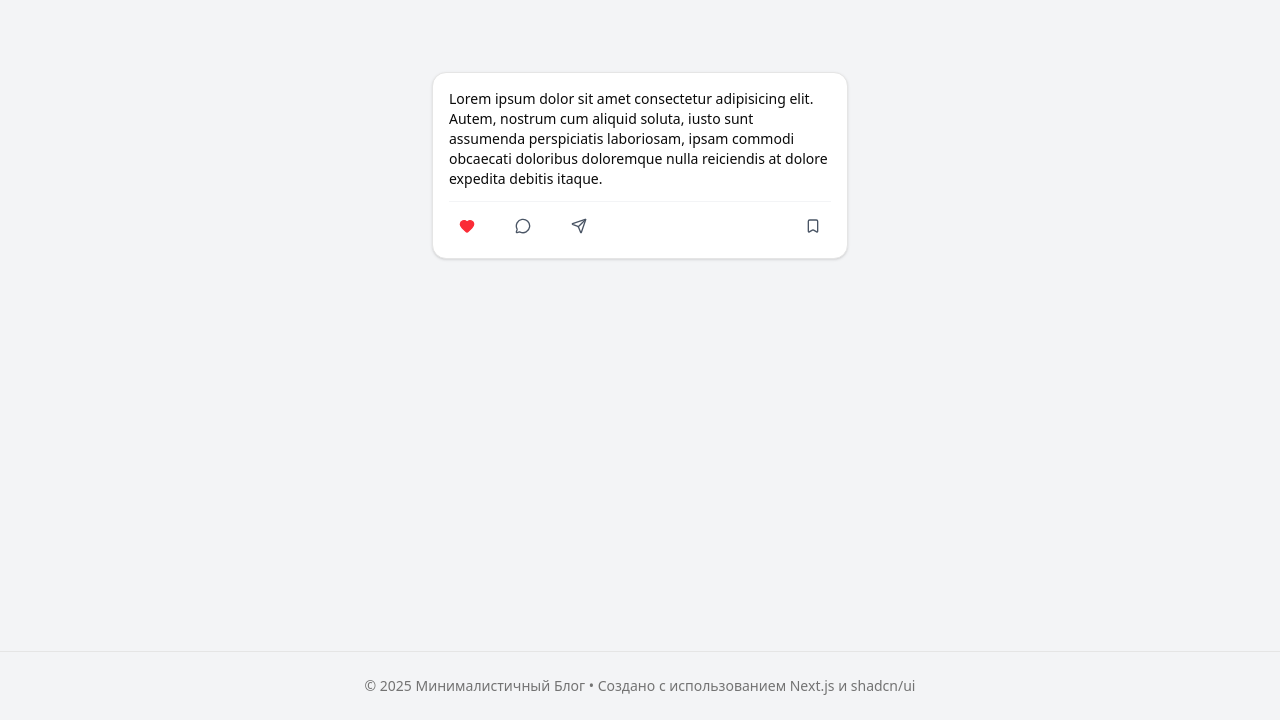
Repository: maxempolk/Telegram-channel
Page: /
An editor plug-in stored every save of this project. The page is shown before and after the next save, followed by the edit.
The browser window is 1280 px wide. The pictures show the whole page.
The project was rebuilt for these pictures with package versions that can differ from the ones it lists, and the page was loaded fresh each time. The framework's server and built-in components were replaced by stand-ins that run in the browser. Also part of the build but not shown: next.config.ts.

Above is the page before, as saved 2025-03-09 01:34:49.

### src/app/layout.tsx
import type { Metadata } from 'next';
import { Geist, Geist_Mono } from 'next/font/google';
import '@/app/globals.css';
import Header from '@/components/header/Header';
import Footer from '@/components/footer/Footer';

const geistSans = Geist({
  variable: '--font-geist-sans',
  subsets: ['latin'],
});

const geistMono = Geist_Mono({
  variable: '--font-geist-mono',
  subsets: ['latin'],
});

export const metadata: Metadata = {
  title: 'Create Next App',
  description: 'Generated by create next app',
};

export default function RootLayout({
  children,
}: Readonly<{
  children: React.ReactNode;
}>) {
  return (
    <html lang="en">
      <body className={`${geistSans.variable} ${geistMono.variable} antialiased`}>
        <div className="flex flex-col w-full h-screen overflow-x-hidden">
          <Header />
          <main className="container mx-auto py-6 grow">{children}</main>
          <Footer />
        </div>
      </body>
    </html>
  );
}

### src/app/page.tsx
import Post from '@/components/post/Post';

export default function Home() {
  const fake_post = {
    id: 1,
    title: 'post1',
    content:
      'Lorem ipsum dolor sit amet consectetur adipisicing elit. Autem, nostrum cum aliquid soluta, iusto sunt assumenda perspiciatis laboriosam, ipsam commodi obcaecati doloribus doloremque nulla reiciendis at dolore expedita debitis itaque.',
    createdAt: new Date(),
    updatedAt: new Date(),
    imagesUrl: ['afsfasafs'],
    tags: [] as string[],
  };
  return (
    <>
      <Post post={fake_post} />
    </>
  );
}

### src/app/globals.css
@import 'tailwindcss';

@plugin "tailwindcss-animate";

@custom-variant dark (&:is(.dark *));

@theme inline {
  --color-background: var(--background);
  --color-foreground: var(--foreground);
  --font-sans: var(--font-geist-sans);
  --font-mono: var(--font-geist-mono);
  --color-sidebar-ring: var(--sidebar-ring);
  --color-sidebar-border: var(--sidebar-border);
  --color-sidebar-accent-foreground: var(--sidebar-accent-foreground);
  --color-sidebar-accent: var(--sidebar-accent);
  --color-sidebar-primary-foreground: var(--sidebar-primary-foreground);
  --color-sidebar-primary: var(--sidebar-primary);
  --color-sidebar-foreground: var(--sidebar-foreground);
  --color-sidebar: var(--sidebar);
  --color-chart-5: var(--chart-5);
  --color-chart-4: var(--chart-4);
  --color-chart-3: var(--chart-3);
  --color-chart-2: var(--chart-2);
  --color-chart-1: var(--chart-1);
  --color-ring: var(--ring);
  --color-input: var(--input);
  --color-border: var(--border);
  --color-destructive-foreground: var(--destructive-foreground);
  --color-destructive: var(--destructive);
  --color-accent-foreground: var(--accent-foreground);
  --color-accent: var(--accent);
  --color-muted-foreground: var(--muted-foreground);
  --color-muted: var(--muted);
  --color-secondary-foreground: var(--secondary-foreground);
  --color-secondary: var(--secondary);
  --color-primary-foreground: var(--primary-foreground);
  --color-primary: var(--primary);
  --color-popover-foreground: var(--popover-foreground);
  --color-popover: var(--popover);
  --color-card-foreground: var(--card-foreground);
  --color-card: var(--card);
  --radius-sm: calc(var(--radius) - 4px);
  --radius-md: calc(var(--radius) - 2px);
  --radius-lg: var(--radius);
  --radius-xl: calc(var(--radius) + 4px);
}

body {
  background-color: var(--background);
}

:root {
  --background: oklch(96.7% 0.0029 264.54);
  --foreground: oklch(0.145 0 0);
  --card: oklch(1 0 0);
  --card-foreground: oklch(0.145 0 0);
  --popover: oklch(1 0 0);
  --popover-foreground: oklch(0.145 0 0);
  --primary: oklch(0.205 0 0);
  --primary-foreground: oklch(0.985 0 0);
  --secondary: oklch(0.97 0 0);
  --secondary-foreground: oklch(0.205 0 0);
  --muted: oklch(0.97 0 0);
  --muted-foreground: oklch(0.556 0 0);
  --accent: oklch(0.97 0 0);
  --accent-foreground: oklch(0.205 0 0);
  --destructive: oklch(0.577 0.245 27.325);
  --destructive-foreground: oklch(0.577 0.245 27.325);
  --border: oklch(0.922 0 0);
  --input: oklch(0.922 0 0);
  --ring: oklch(0.708 0 0);
  --chart-1: oklch(0.646 0.222 41.116);
  --chart-2: oklch(0.6 0.118 184.704);
  --chart-3: oklch(0.398 0.07 227.392);
  --chart-4: oklch(0.828 0.189 84.429);
  --chart-5: oklch(0.769 0.188 70.08);
  --radius: 0.625rem;
  --sidebar: oklch(0.985 0 0);
  --sidebar-foreground: oklch(0.145 0 0);
  --sidebar-primary: oklch(0.205 0 0);
  --sidebar-primary-foreground: oklch(0.985 0 0);
  --sidebar-accent: oklch(0.97 0 0);
  --sidebar-accent-foreground: oklch(0.205 0 0);
  --sidebar-border: oklch(0.922 0 0);
  --sidebar-ring: oklch(0.708 0 0);
}

.dark {
  --background: oklch(0.145 0 0);
  --foreground: oklch(0.985 0 0);
  --card: oklch(0.145 0 0);
  --card-foreground: oklch(0.985 0 0);
  --popover: oklch(0.145 0 0);
  --popover-foreground: oklch(0.985 0 0);
  --primary: oklch(0.985 0 0);
  --primary-foreground: oklch(0.205 0 0);
  --secondary: oklch(0.269 0 0);
  --secondary-foreground: oklch(0.985 0 0);
  --muted: oklch(0.269 0 0);
  --muted-foreground: oklch(0.708 0 0);
  --accent: oklch(0.269 0 0);
  --accent-foreground: oklch(0.985 0 0);
  --destructive: oklch(0.396 0.141 25.723);
  --destructive-foreground: oklch(0.637 0.237 25.331);
  --border: oklch(0.269 0 0);
  --input: oklch(0.269 0 0);
  --ring: oklch(0.439 0 0);
  --chart-1: oklch(0.488 0.243 264.376);
  --chart-2: oklch(0.696 0.17 162.48);
  --chart-3: oklch(0.769 0.188 70.08);
  --chart-4: oklch(0.627 0.265 303.9);
  --chart-5: oklch(0.645 0.246 16.439);
  --sidebar: oklch(0.205 0 0);
  --sidebar-foreground: oklch(0.985 0 0);
  --sidebar-primary: oklch(0.488 0.243 264.376);
  --sidebar-primary-foreground: oklch(0.985 0 0);
  --sidebar-accent: oklch(0.269 0 0);
  --sidebar-accent-foreground: oklch(0.985 0 0);
  --sidebar-border: oklch(0.269 0 0);
  --sidebar-ring: oklch(0.439 0 0);
}

@layer base {
  * {
    @apply border-border outline-ring/50;
  }
  body {
    @apply bg-background text-foreground;
  }
}

### src/components/header/Header.tsx
const Header = () => {
  return (
    <header className="sticky container mx-auto py-4">
      {/* <h1 className="text-3xl font-bold tracking-tight mb-1">Teleblog</h1> */}
    </header>
  );
};

export default Header;

### src/components/footer/Footer.tsx
const Footer = () => {
  return (
    <footer className="border-t mt-12">
      <div className="container mx-auto py-6 text-center text-sm text-muted-foreground">
        © 2025 Минималистичный Блог • Создано с использованием Next.js и shadcn/ui
      </div>
    </footer>
  );
};

export default Footer;

### src/components/post/Post.tsx
import { Card, CardContent } from '@/components/ui/card';
import { Button } from '@/components/ui/button';
import { Heart, MessageCircle, Send, Bookmark, MoreHorizontal, User } from 'lucide-react';
import { FC } from 'react';
import { Post as PrismaPostType } from '@prisma/client';
import getTimeAgo from '@/utils/getTimeAgo';

interface PostProps {
  post: PrismaPostType;
}

const Post: FC<PostProps> = ({ post }) => {
  // const handleLike = (id: number) => {
  //   setPosts(
  //     posts.map(post => {
  //       if (post.id === id) {
  //         return {
  //           ...post,
  //           liked: !post.liked,
  //           likes: post.liked ? post.likes - 1 : post.likes + 1,
  //         };
  //       }
  //       return post;
  //     })
  //   );
  // };

  // const handleSave = (id: number) => {
  //   setPosts(
  //     posts.map(post => {
  //       if (post.id === id) {
  //         return { ...post, saved: !post.saved };
  //       }
  //       return post;
  //     })
  //   );
  // };

  return (
    <div className="flex flex-col gap-4 w-full max-w-md mx-auto p-4">
      <Card key={post.id}>
        <CardContent className="p-4">
          {/*<div className="flex justify-between items-start mb-3">
             <div className="flex items-center gap-2">
              <div className="size-8 flex justify-center items-end rounded-full bg-black/20">
                <User className="text-muted-foreground size-6" />
              </div>
            </div>
          </div>*/}

          <div className="text-sm mb-3">{post.content}</div>

          <div className="flex justify-between items-center pt-2 border-t border-gray-100">
            <div className="flex gap-4">
              <Button
                variant="ghost"
                size="sm"
                className="px-0 h-8 text-gray-600"
                // onClick={() => handleLike(post.id)}
              >
                {/* TODO: добавить проверку лайкнут ли пост */}
                <Heart className={`h-4 w-4 mr-1 ${true ? 'fill-red-500 text-red-500' : ''}`} />
                {/* <span className="text-xs">{post.likes}</span> */}
              </Button>
              <Button variant="ghost" size="sm" className="px-0 h-8 text-gray-600">
                <MessageCircle className="h-4 w-4 mr-1" />
                {/* <span className="text-xs">{post.comments}</span> */}
              </Button>
              <Button variant="ghost" size="sm" className="px-0 h-8 text-gray-600">
                <Send className="h-4 w-4" />
              </Button>
            </div>
            <Button
              variant="ghost"
              size="sm"
              className="px-0 h-8"
              // onClick={() => handleSave(post.id)}
            >
              <Bookmark
                className={`h-4 w-4 ${post.saved ? 'fill-blue-500 text-blue-500' : 'text-gray-600'}`}
              />
            </Button>
          </div>
        </CardContent>
      </Card>
    </div>
  );
};

export default Post;

### src/components/ui/card.tsx
import * as React from 'react';

import { cn } from '@/lib/utils';

function Card({ className, ...props }: React.ComponentProps<'div'>) {
  return (
    <div
      data-slot="card"
      className={cn(
        'bg-card text-card-foreground flex flex-col gap-6 rounded-xl border shadow-sm',
        className
      )}
      {...props}
    />
  );
}

function CardHeader({ className, ...props }: React.ComponentProps<'div'>) {
  return (
    <div
      data-slot="card-header"
      className={cn('flex flex-col gap-1.5 px-6', className)}
      {...props}
    />
  );
}

function CardTitle({ className, ...props }: React.ComponentProps<'div'>) {
  return (
    <div
      data-slot="card-title"
      className={cn('leading-none font-semibold', className)}
      {...props}
    />
  );
}

function CardDescription({ className, ...props }: React.ComponentProps<'div'>) {
  return (
    <div
      data-slot="card-description"
      className={cn('text-muted-foreground text-sm', className)}
      {...props}
    />
  );
}

function CardContent({ className, ...props }: React.ComponentProps<'div'>) {
  return <div data-slot="card-content" className={cn('px-6', className)} {...props} />;
}

function CardFooter({ className, ...props }: React.ComponentProps<'div'>) {
  return (
    <div data-slot="card-footer" className={cn('flex items-center px-6', className)} {...props} />
  );
}

export { Card, CardHeader, CardFooter, CardTitle, CardDescription, CardContent };

### src/components/ui/button.tsx
import * as React from 'react';
import { Slot } from '@radix-ui/react-slot';
import { cva, type VariantProps } from 'class-variance-authority';

import { cn } from '@/lib/utils';

const buttonVariants = cva(
  "inline-flex items-center justify-center gap-2 whitespace-nowrap rounded-md text-sm font-medium transition-[color,box-shadow] disabled:pointer-events-none disabled:opacity-50 [&_svg]:pointer-events-none [&_svg:not([class*='size-'])]:size-4 shrink-0 [&_svg]:shrink-0 outline-none focus-visible:border-ring focus-visible:ring-ring/50 focus-visible:ring-[3px] aria-invalid:ring-destructive/20 dark:aria-invalid:ring-destructive/40 aria-invalid:border-destructive",
  {
    variants: {
      variant: {
        default: 'bg-primary text-primary-foreground shadow-xs hover:bg-primary/90',
        destructive:
          'bg-destructive text-white shadow-xs hover:bg-destructive/90 focus-visible:ring-destructive/20 dark:focus-visible:ring-destructive/40',
        outline:
          'border border-input bg-background shadow-xs hover:bg-accent hover:text-accent-foreground',
        secondary: 'bg-secondary text-secondary-foreground shadow-xs hover:bg-secondary/80',
        ghost: 'hover:bg-accent hover:text-accent-foreground',
        link: 'text-primary underline-offset-4 hover:underline',
      },
      size: {
        default: 'h-9 px-4 py-2 has-[>svg]:px-3',
        sm: 'h-8 rounded-md gap-1.5 px-3 has-[>svg]:px-2.5',
        lg: 'h-10 rounded-md px-6 has-[>svg]:px-4',
        icon: 'size-9',
      },
    },
    defaultVariants: {
      variant: 'default',
      size: 'default',
    },
  }
);

function Button({
  className,
  variant,
  size,
  asChild = false,
  ...props
}: React.ComponentProps<'button'> &
  VariantProps<typeof buttonVariants> & {
    asChild?: boolean;
  }) {
  const Comp = asChild ? Slot : 'button';

  return (
    <Comp
      data-slot="button"
      className={cn(buttonVariants({ variant, size, className }))}
      {...props}
    />
  );
}

export { Button, buttonVariants };

### src/utils/getTimeAgo.ts
export default function getTimeAgo(timestamp: number) {
  const now = new Date().getTime();

  const messageTime = timestamp * 1000;

  const diff = now - messageTime;

  const seconds = Math.floor(diff / 1000);

  const minutes = Math.floor(seconds / 60);
  const hours = Math.floor(minutes / 60);
  const days = Math.floor(hours / 24);
  const months = Math.floor(days / 30.44);
  const years = Math.floor(months / 12);

  const pluralize = (number: number, one: string, few: string, many: string) => {
    if (number % 10 === 1 && number % 100 !== 11) {
      return `${number} ${one}`;
    } else if ([2, 3, 4].includes(number % 10) && ![12, 13, 14].includes(number % 100)) {
      return `${number} ${few}`;
    } else {
      return `${number} ${many}`;
    }
  };

  if (years > 0) {
    return pluralize(years, 'год', 'года', 'лет') + ' назад';
  } else if (months > 0) {
    return pluralize(months, 'месяц', 'месяца', 'месяцев') + ' назад';
  } else if (days > 0) {
    return pluralize(days, 'день', 'дня', 'дней') + ' назад';
  } else if (hours > 0) {
    return pluralize(hours, 'час', 'часа', 'часов') + ' назад';
  } else if (minutes > 0) {
    return pluralize(minutes, 'минуту', 'минуты', 'минут') + ' назад';
  } else {
    return pluralize(seconds, 'секунду', 'секунды', 'секунд') + ' назад';
  }
}

Loaded but not shown: src/lib/utils.ts (common file)

After the next save:
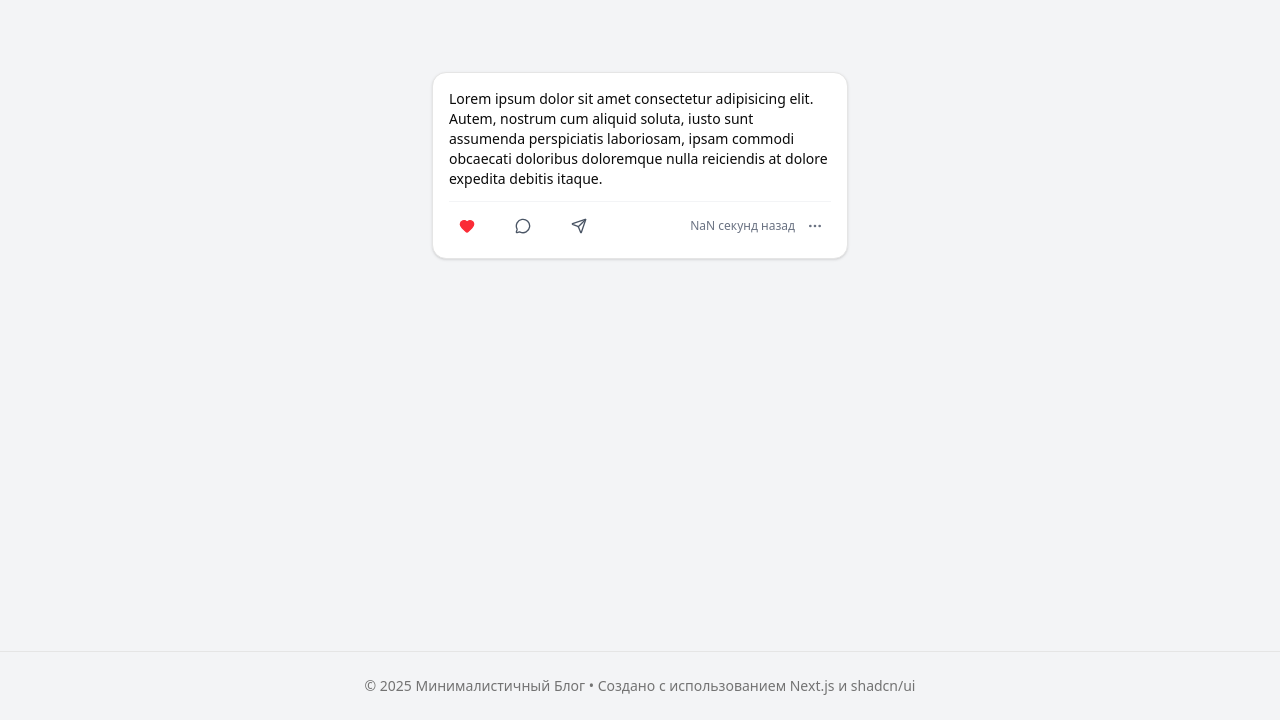
Saved 5 s later.
--- a/src/components/post/Post.tsx
+++ b/src/components/post/Post.tsx
@@ -76,9 +76,15 @@ const Post: FC<PostProps> = ({ post }) => {
               className="px-0 h-8"
               // onClick={() => handleSave(post.id)}
             >
-              <Bookmark
+              <div className="text-xs text-gray-500 flex items-center">
+                {getTimeAgo(post.date)}
+                <Button variant="ghost" size="icon" className="h-8 w-8 ml-1">
+                  <MoreHorizontal className="h-4 w-4" />
+                </Button>
+              </div>
+              {/* <Bookmark
                 className={`h-4 w-4 ${post.saved ? 'fill-blue-500 text-blue-500' : 'text-gray-600'}`}
-              />
+              /> */}
             </Button>
           </div>
         </CardContent>
